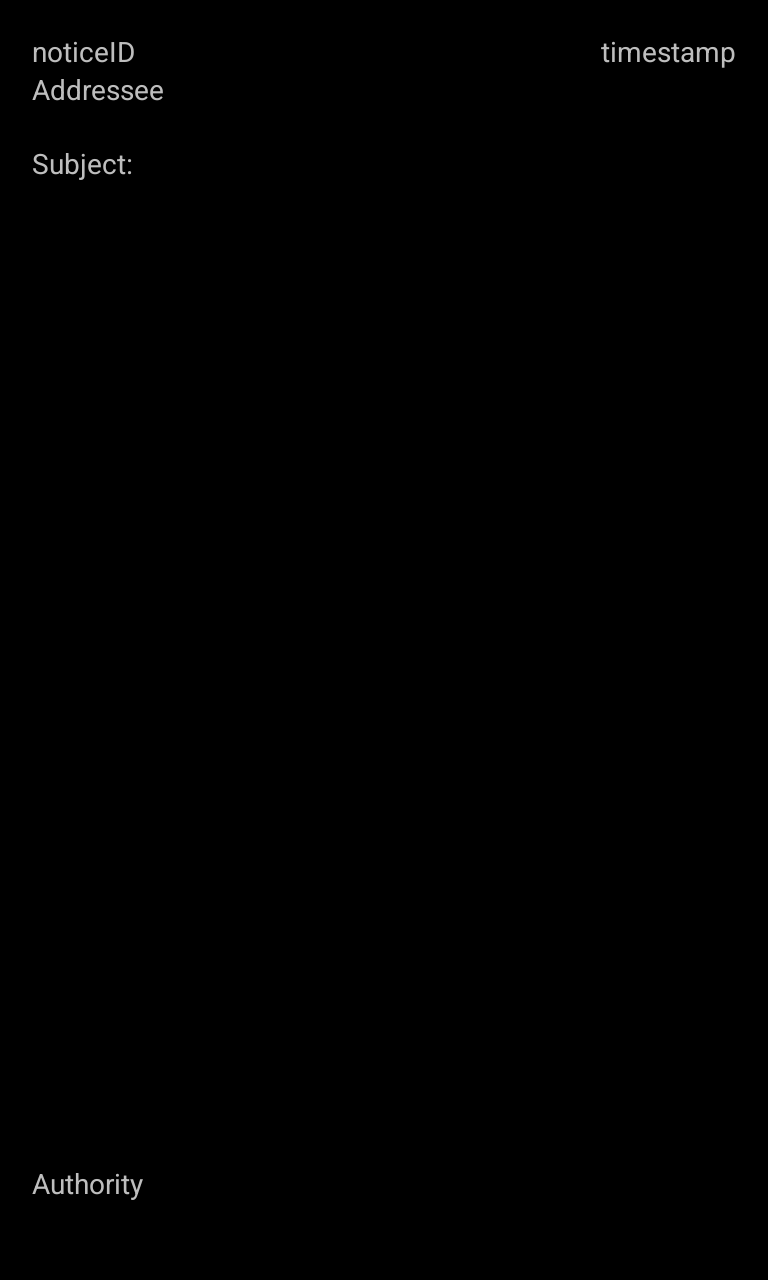
Repository: lcbasu/android
Layout: adt/M Notice/res/layout/detailed_view.xml
An editor plug-in stored every save of this project. The layout is shown before and after the next save, followed by the edit.
It is drawn on a 768 x 1280 px phone screen (xhdpi) without system bars, with theme android:Theme; the app's code is not run.

Above is the layout before, as saved 2014-05-02 08:45:12.

After the next save:
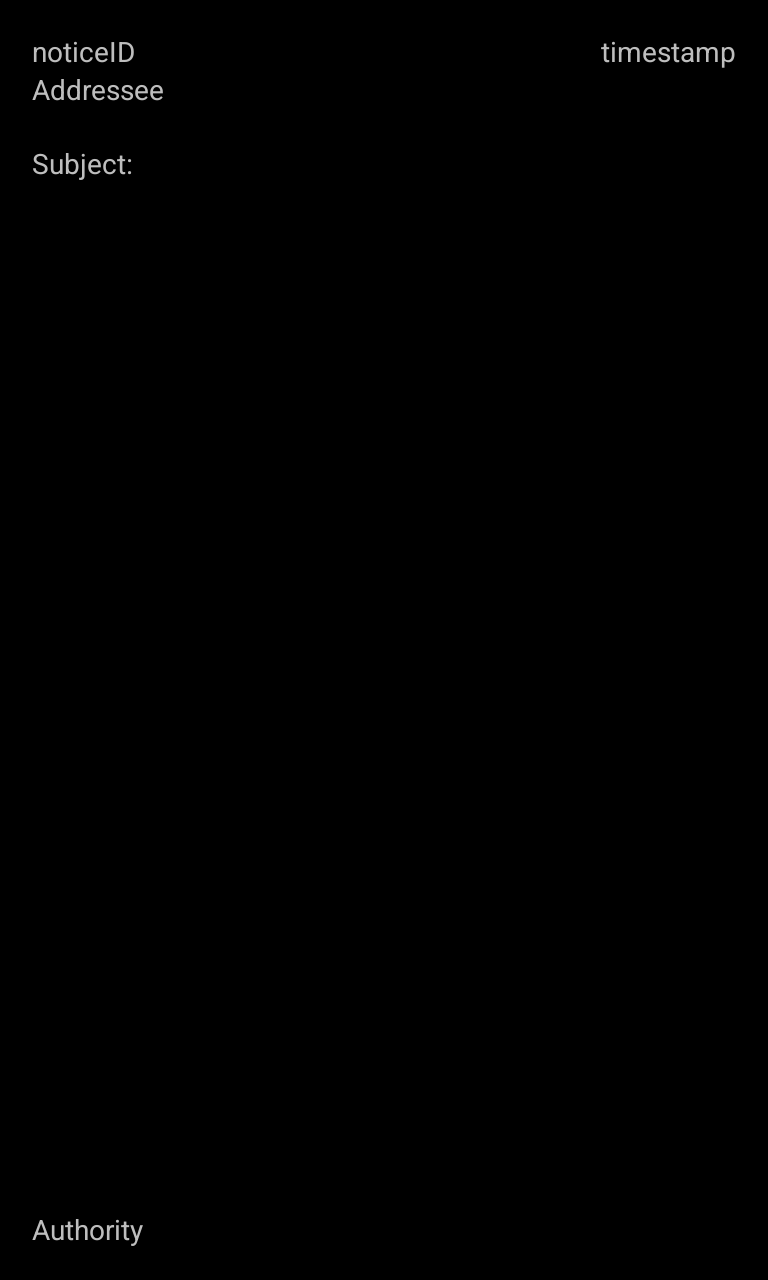
Saved 30 s later.
--- a/adt/M Notice/res/layout/detailed_view.xml
+++ b/adt/M Notice/res/layout/detailed_view.xml
@@ -59,7 +59,7 @@
             android:layout_height="wrap_content"
             android:layout_alignLeft="@+id/subject"
             android:layout_alignParentBottom="true"
-            android:layout_marginBottom="23dp"
+            android:layout_marginTop="10dp"
             android:text="Authority" />
 
 </RelativeLayout>
